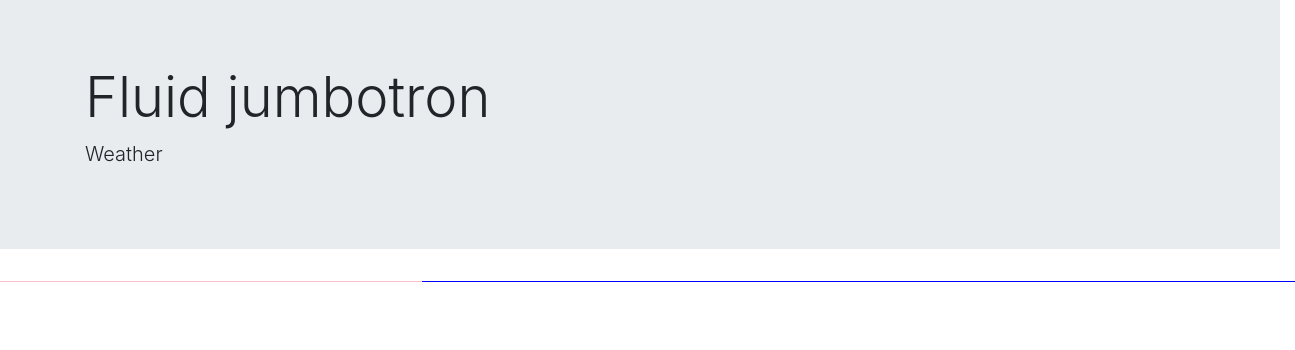
Repository: kkyler24/WeatherBug
Page: index.html
These files come from the project's save history. The page is drawn as it stood at one moment and after the next save; the edit follows.
The browser window is 1280 px wide. The page is 1295 px wide, so the pictures cover 1295 px, including what lies to the right of the window. The pictures show the whole page.
Some web libraries are served in a nearby version.

Above is the page before, as saved 2020-04-14 13:18:29.

After the next save:
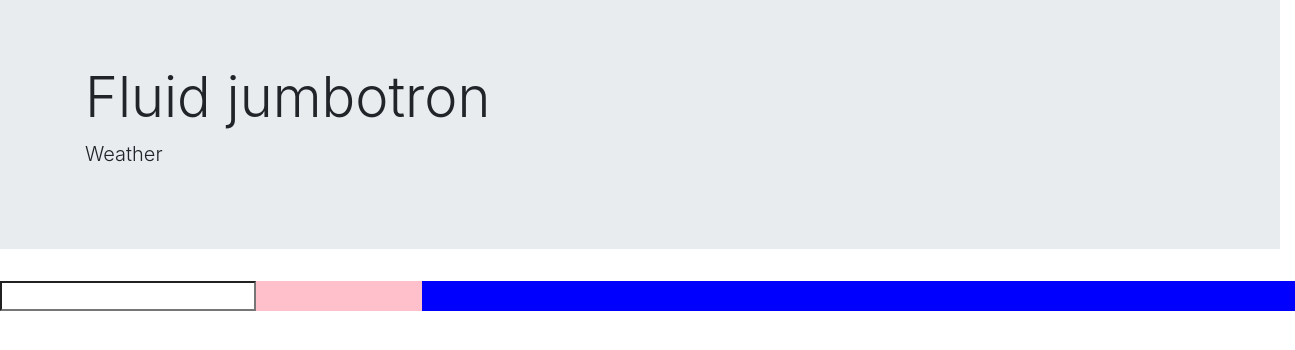
Saved 3 min 5 s later.
--- a/index.html
+++ b/index.html
@@ -19,8 +19,15 @@
    </header>
    <main>
 <div class="row">
-    <div class="col-md-4" style="background-color:pink"></div>
-    <div class="col-md-8 "style="background-color:blue"></div>
+    <div id="leftCol" class="col-md-4" style="background-color:pink">
+        <input type="search">
+    </div>
+
+
+
+
+
+    <div id="rightCol" class="col-md-8 "style="background-color:blue"></div>
 </div>
 
 
